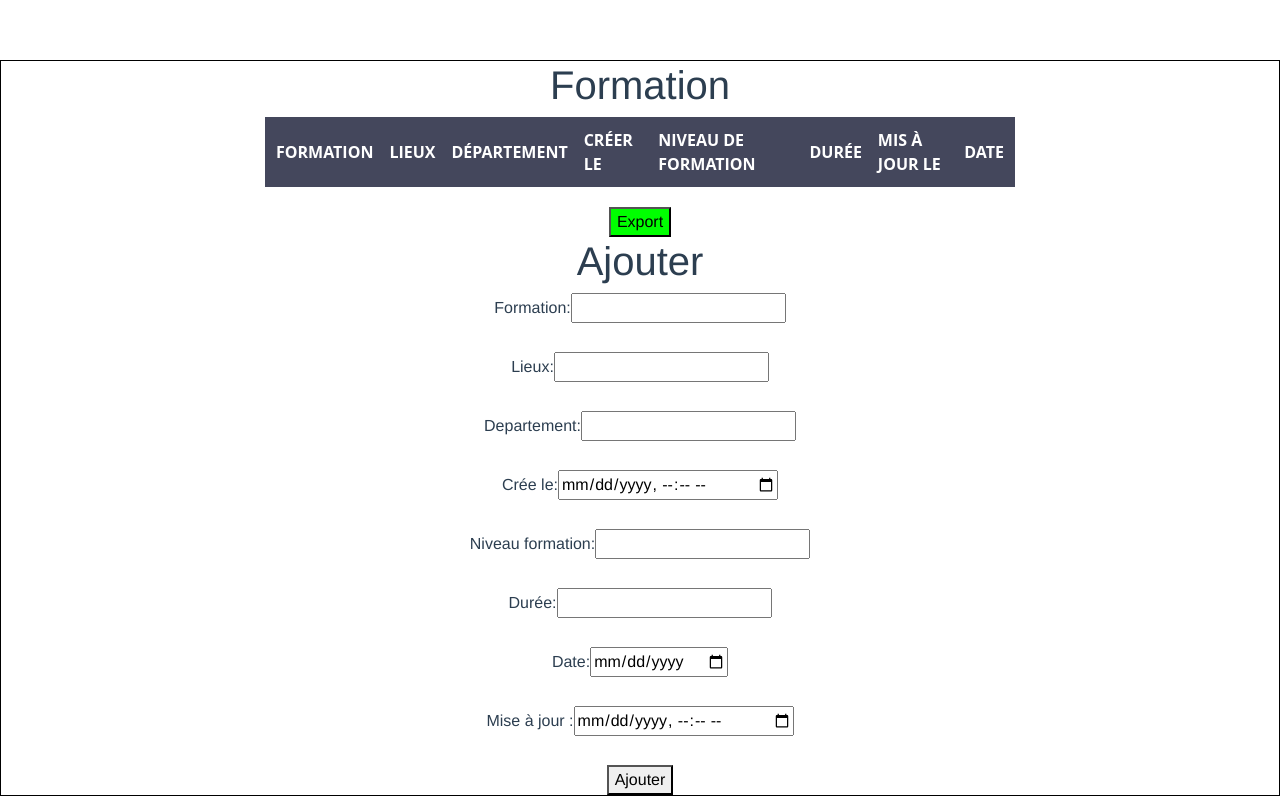
Repository: BaldeThierno1990/Projet-1-formation-tableau-generique-vue-export
Page: / (app in mcc/)
An editor plug-in stored every save of this project. The page is shown before and after the next save, followed by the edit.
The browser window is 1280 px wide. The pictures show the whole page.
The page's requests for data from a server got no answer. The project was rebuilt for these pictures with package versions that can differ from the ones it lists, and the page was loaded fresh each time. No one was signed in, and anything a server would have sent is missing.

Above is the page before, as saved 2021-03-18 10:06:59.

### mcc/src/main.js
import Vue from 'vue'
import App from './App.vue'

import 'bootstrap';
import 'bootstrap/dist/css/bootstrap.min.css';

Vue.config.productionTip = false

new Vue({
  render: h => h(App),
}).$mount('#app')

### mcc/src/App.vue
<template>
  <div id="app">
    <Home></Home>
  </div>
</template>

<script>
import Home from "@/components/Home";

export default {
  name: 'App',
  components: {
    Home,
  }
}
</script>

<style>
#app {
  font-family: Avenir, Helvetica, Arial, sans-serif;
  -webkit-font-smoothing: antialiased;
  -moz-osx-font-smoothing: grayscale;
  text-align: center;
  color: #2c3e50;
  margin-top: 60px;
}
</style>

### mcc/src/components/Home.vue
<template>
    <div class="home">
        <h1>Formation</h1>
    <!-- <p v-for="formation in info" :key="formation">
        {{formation.Lieux}}
        {{formation.Departement}}
    </p> -->
<div style="margin:auto">
    <table id="firstTable">
  <thead>
    <tr>
      <th>Formation</th>
      <th>Lieux</th>
      <th>Département</th>
      <th>créer le </th>
      <th>Niveau de Formation</th>
      <th>Durée</th>
      <th>Mis à jour le</th>
      <th>Date</th>

    </tr>
  </thead>
  <tbody>
    <tr v-for="formation in info" :key="formation" >
      <td>{{formation.typeFormation}}</td>
      <td> {{formation.Lieux}}</td>
       <td> {{formation.Departement}}</td>
      <td>{{formation.createdAt}}</td>
       <td>{{formation.niveauFormation}}</td>
      <td>{{formation.dureeFormation}}</td>
       <td>{{formation.updateAt}}</td>
       <td>{{formation.Date}}</td>
    </tr>
  </tbody>
</table>
 <button type="button" class="download-btn" v-on:click="download">
      Export
    </button>
</div>
<Post-form></Post-form>
 </div>

</template>

<style scoped>
table {
  font-family: 'Open Sans', sans-serif;
  width: 750px;
  border-collapse: collapse;
  border: 3px solid #44475C;
  margin: auto;
}

table th {
  text-transform: uppercase;
  text-align: left;
  background: #44475C;
  color: #FFF;
  padding: 8px;
  min-width: 30px;
}

table td {
  text-align: left;
  padding: 8px;
  border-right: 2px solid #7D82A8;
}
table td:last-child {
  border-right: none;
}
table tbody tr:nth-child(2n) td {
  background: #D4D8F9;
}
.download-btn{
  background-color: lime;
  margin-top: 20px;
}
.home{
  border: 1px solid black;
}
</style>
<script>
// import API from "@/services/api.js";
import axios from 'axios';
import XLSX from "xlsx";
import PostForm from '@/components/Post-form';
export default {
  components: {
      PostForm
  },
  data() {
    return {
       info: null,

    }
  },
   mounted () {
       var self = this;
    axios
      .get('http://localhost:8000/api/formations.json')
      .then(function (response){
          self.info = response.data
        //  console.log(response.data)

      })
  },
  methods: {
    download: function () {
      const data = XLSX.utils.json_to_sheet(this.info);
      const wb = XLSX.utils.book_new();
      XLSX.utils.book_append_sheet(wb, data, "data");
      XLSX.writeFile(wb, "formation.xlsx");
    },
  },

}
</script>

### mcc/src/components/Post-form.vue
<template>
    <div>
        <h1>Ajouter</h1>
        <div class="form">

        <form @submit.prevent="postData" method="post">
            <!-- <form v-on:submit.prevent="postData"> -->
            <label for="mon_id">Formation:</label>
            <input type="text" name="type_formation" v-model="posts.typeFormation"> <br> <br>
            <label for="mon_id">Lieux:</label>
            <input type="text" name="lieux" v-model="posts.Lieux"> <br> <br>
            <label for="mon_id">Departement:</label>
            <input name="departement" v-model.number="posts.Departement"><br> <br>
            <label for="mon_id">Crée le:</label>
            <input type="datetime-local" name="update_at" v-model="posts.createdAt"> <br> <br>
            <label for="mon_id">Niveau formation:</label>
            <input type="text" name="niveau_formation" v-model="posts.niveauFormation"> <br> <br>
            <label for="mon_id">Durée:</label>
            <input name="durée_formation" v-model.number="posts.dureeFormation"> <br> <br>
            <label for="mon_id">Date:</label>
            <input type="date" name="Date" v-model="posts.Date"> <br> <br>
            <label for="mon_id">Mise à jour :</label>
            <input type="datetime-local" name="update_at" v-model="posts.updateAt"><br> <br>
            <button type="submit">Ajouter</button>
        </form>
    </div>
    </div>
</template>

<script>
import Vue from 'vue'
import axios from 'axios';
import VueAxios from 'vue-axios'
Vue.use(VueAxios, axios)
export default {
    data(){
        return{
            posts:{
                typeFormation:null,
                Lieux:null,
                Date:null,
                Departement:null,
                createdAt:null,
                niveauFormation:null,
                dureeFormation:null,
                updateAt:null,
            },

        }
    },
    methods:{
       postData(){
            axios.post('http://127.0.0.1:8000/api/formations', this.posts)

                 .then(() => {
                     //Perform Success Action
                 })
                 .catch(() => {
                     // error.response.status Check status code
                 }).finally(() => {
                     //Perform action in always
                 });

        },
    }
}


</script>

Loaded but not shown: mcc/public/index.html (common file)

After the next save:
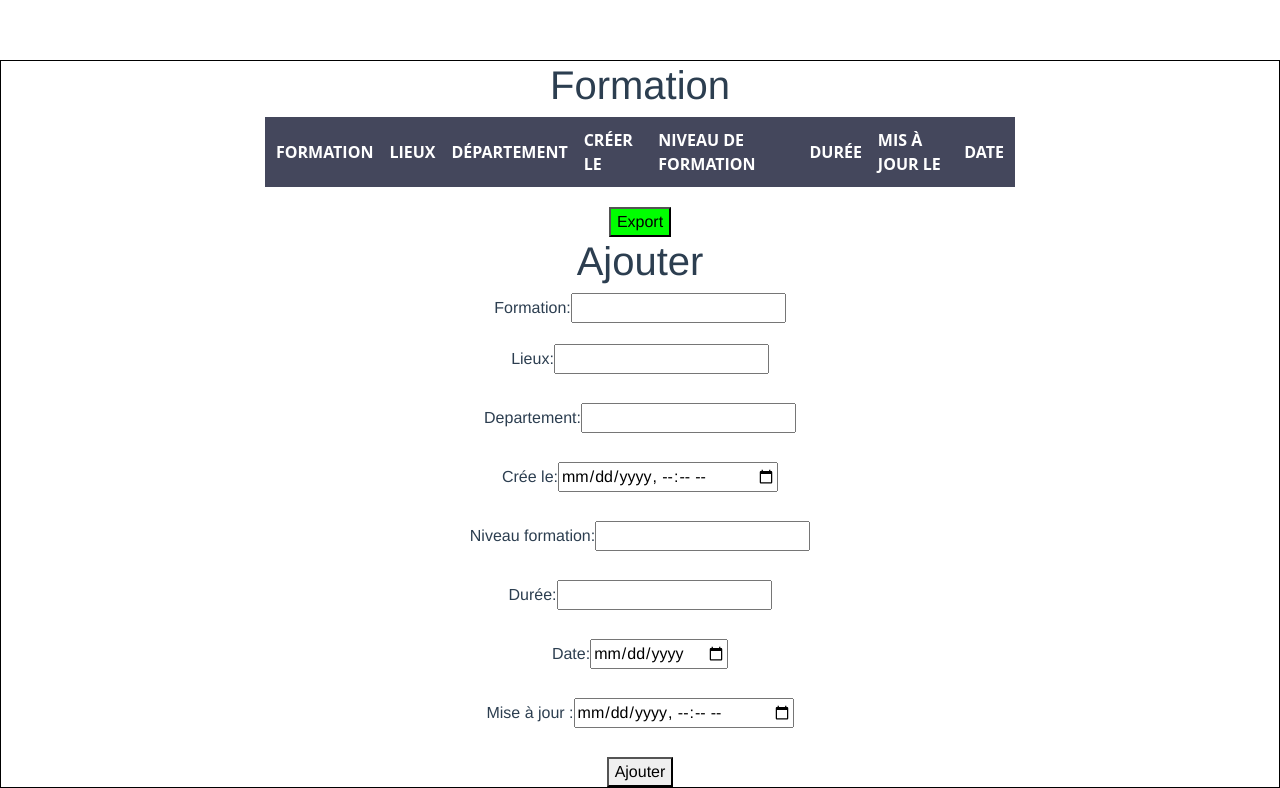
Saved 79 s later.
--- a/mcc/src/components/Post-form.vue
+++ b/mcc/src/components/Post-form.vue
@@ -5,8 +5,10 @@
 
         <form @submit.prevent="postData" method="post">
             <!-- <form v-on:submit.prevent="postData"> -->
+            <div class="mb-3">
             <label for="mon_id">Formation:</label>
-            <input type="text" name="type_formation" v-model="posts.typeFormation"> <br> <br>
+            <input type="text" name="type_formation" v-model="posts.typeFormation">
+            </div>
             <label for="mon_id">Lieux:</label>
             <input type="text" name="lieux" v-model="posts.Lieux"> <br> <br>
             <label for="mon_id">Departement:</label>
